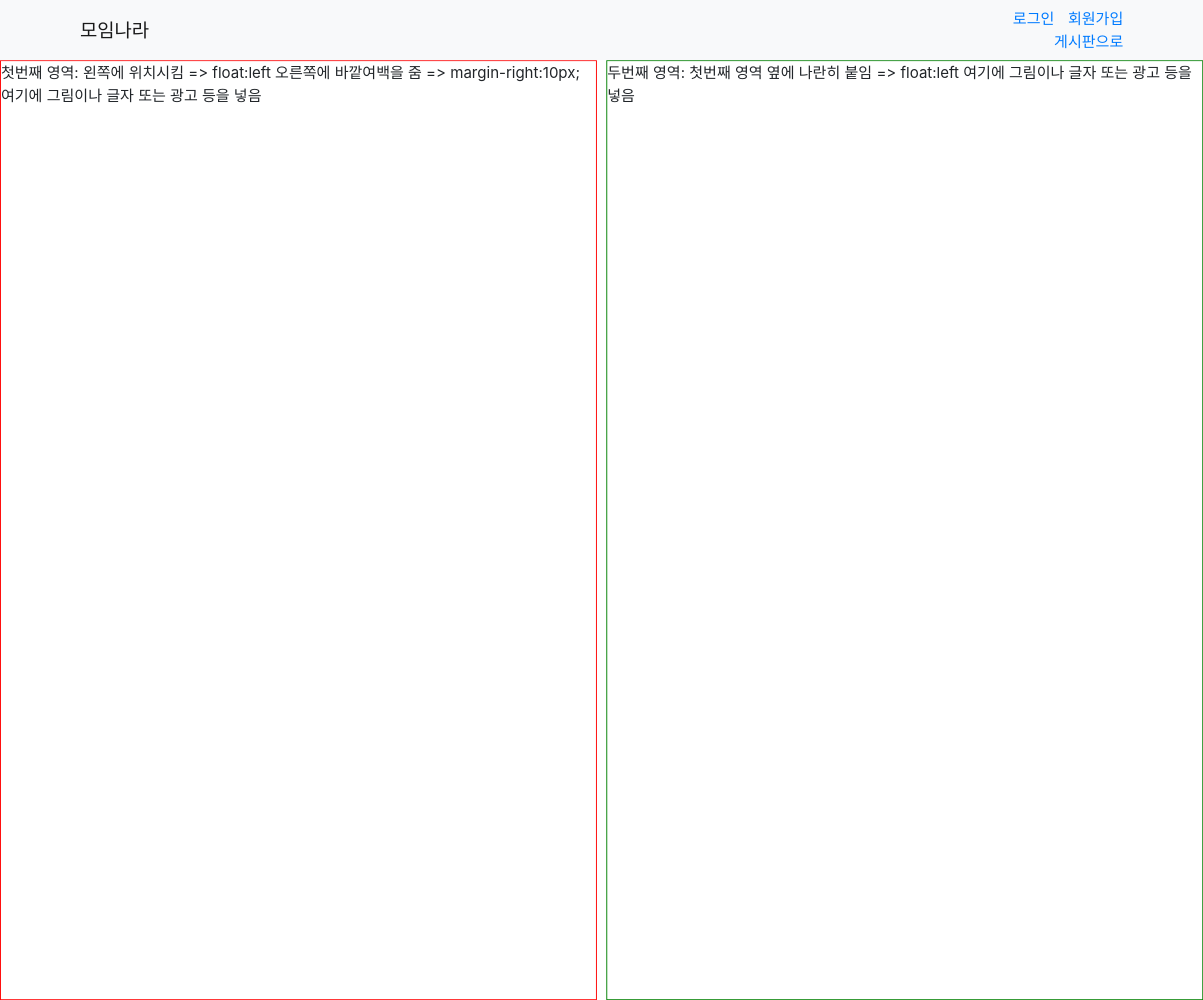
Repository: cmg9707/Devfox-spring-project
Page: http://localhost/DevJUS/WEB-INF/views/JUS/info.jsp
These files come from the project's save history. The page is drawn as it stood at one moment and after the next save; the edit follows.
The browser window is 1280 px wide. The pictures show the whole page, at 94% of full size.
Some web libraries are served in a nearby version. The page is served by Tomcat 9. Nobody is signed in. Other server files are loaded and not shown. The template is opened directly, without the code that normally fills it, so the values that code supplies are empty.

Above is the page before, as saved 2023-04-13 23:31:06.

### DevJUS/src/main/webapp/WEB-INF/views/JUS/info.jsp
<%@ page language="java" contentType="text/html; charset=UTF-8"
	pageEncoding="UTF-8"%>
<%@ taglib uri="http://java.sun.com/jsp/jstl/core" prefix="c"%>


<!DOCTYPE html>
<html>
<head>
<script
	src="https://ajax.googleapis.com/ajax/libs/jquery/1.11.0/jquery.min.js"></script>
<meta http-equiv="X-UA-Compatible" content="IE=edge">
<meta name="viewport" content="width=device-width, initial-scale=1">
<link
	href="https://cdn.jsdelivr.net/npm/bootstrap@5.3.0-alpha1/dist/css/bootstrap.min.css"
	rel="stylesheet"
	integrity="sha384-GLhlTQ8iRABdZLl6O3oVMWSktQOp6b7In1Zl3/Jr59b6EGGoI1aFkw7cmDA6j6gD"
	crossorigin="anonymous">
<link rel="stylesheet"
	//href="https://stackpath.bootstrapcdn.com/bootstrap/4.3.1/css/bootstrap.min.css"
	integrity="sha384-ggOyR0iXCbMQv3Xipma34MD+dH/1fQ784/j6cY/iJTQUOhcWr7x9JvoRxT2MZw1T"
	crossorigin="anonymous">
<meta charset="UTF-8">
<title>Insert title here</title>

</head>
<body>
	       <!-- Navigation-->
        <nav class="navbar navbar-light bg-light static-top">
            <div class="container">
                <a class="navbar-brand" href="index">모임나라</a>
                <div style="text-align: right;">
        <c:if test = "${user.user_power == 'x'}"> <!-- user -->
				<a href="user_mu" ><img src="/resources/css/img/user.png" alt="" style="width: 10%;"></a>
				${user.user_name}
				<a href="index" ><img src="/resources/css/img/logout.png" alt="" style="width: 10%;"></a>
		</c:if>
		<c:if test = "${user.user_power == 'o'}"> <!-- admin -->
				<a href="user_mu" >관리자</a>
				<a href="index" ><img src="/resources/css/img/logout.png" alt="" style="width: 10%;"></a>
		</c:if>
		 <c:if test = "${empty user}">
                <div >
				<a href="login" style="margin: 10px;">로그인</a>
                <a href="join">회원가입</a>
             	</div>
        </c:if>
        	<a href="board" >게시판으로</a>
             	</div>
            </div>

        </nav>

<div style="display: flex; justify-content: center;">
  <div style="width:700px; height:1000px; border:1px solid red; float:left; margin-right:10px;">
    첫번째 영역:
    왼쪽에 위치시킴 =>  float:left
    오른쪽에 바깥여백을 줌 =>  margin-right:10px;
    여기에 그림이나 글자 또는 광고 등을 넣음
  </div>
  <div style="width:700px; height:1000px; border:1px solid green; float:left;">
    두번째 영역:
    첫번째 영역 옆에 나란히 붙임 => float:left
    여기에 그림이나 글자 또는 광고 등을 넣음
  </div>
</div>
	<script>

	</script>
</body>
</html>

After the next save:
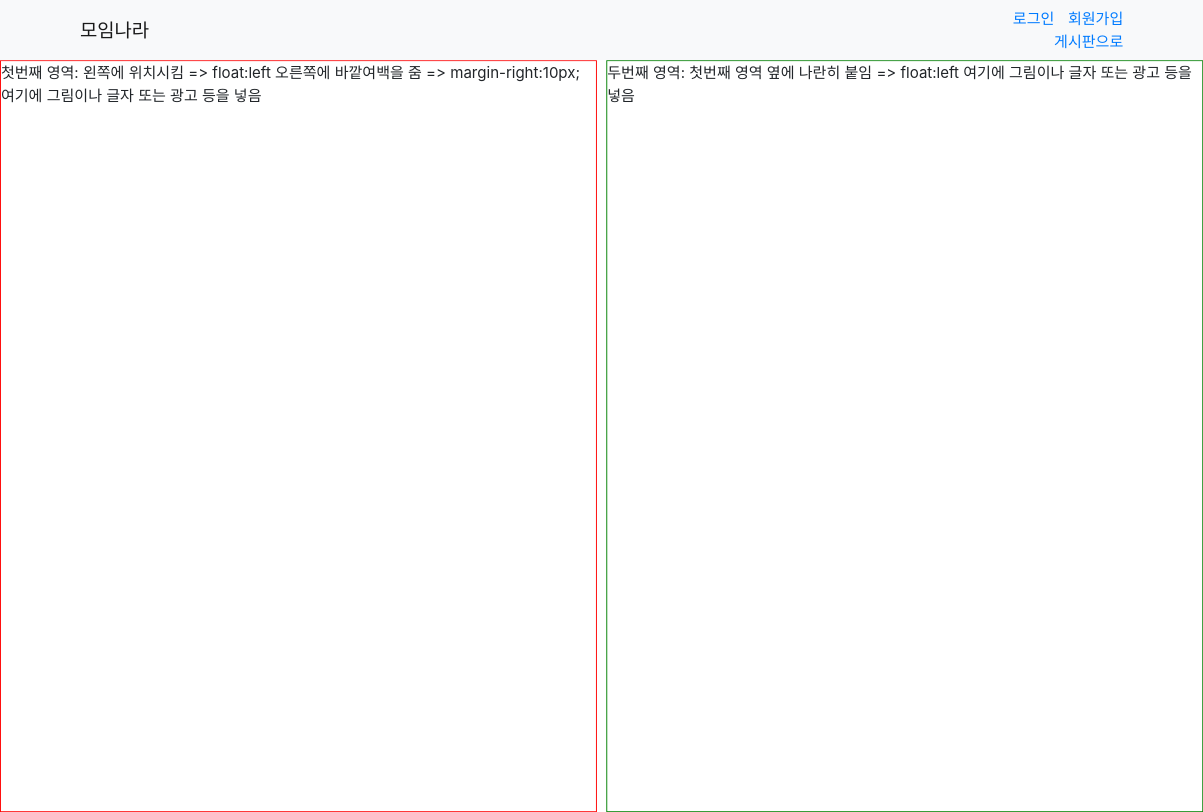
Saved 22 s later.
--- a/DevJUS/src/main/webapp/WEB-INF/views/JUS/info.jsp
+++ b/DevJUS/src/main/webapp/WEB-INF/views/JUS/info.jsp
@@ -51,13 +51,13 @@
         </nav>
 
 <div style="display: flex; justify-content: center;">
-  <div style="width:700px; height:1000px; border:1px solid red; float:left; margin-right:10px;">
+  <div style="width:700px; height:800px; border:1px solid red; float:left; margin-right:10px;">
     첫번째 영역:
     왼쪽에 위치시킴 =>  float:left
     오른쪽에 바깥여백을 줌 =>  margin-right:10px;
     여기에 그림이나 글자 또는 광고 등을 넣음
   </div>
-  <div style="width:700px; height:1000px; border:1px solid green; float:left;">
+  <div style="width:700px; height:800px; border:1px solid green; float:left;">
     두번째 영역:
     첫번째 영역 옆에 나란히 붙임 => float:left
     여기에 그림이나 글자 또는 광고 등을 넣음
